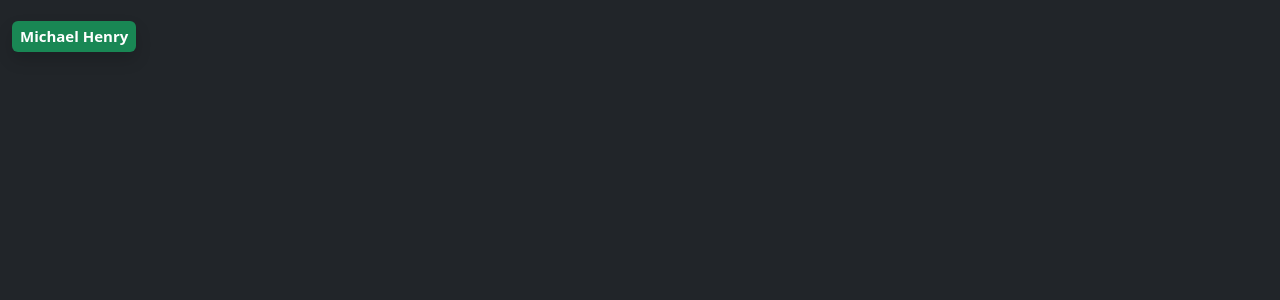
Repository: kenyi-mic/Portfolio_bootstrap
Page: index.html
An editor plug-in stored every save of this project. The page is shown before and after the next save, followed by the edit.
The browser window is 1280 px wide. The pictures show the whole page.

Above is the page before, as saved 2022-11-25 13:16:32.

After the next save:
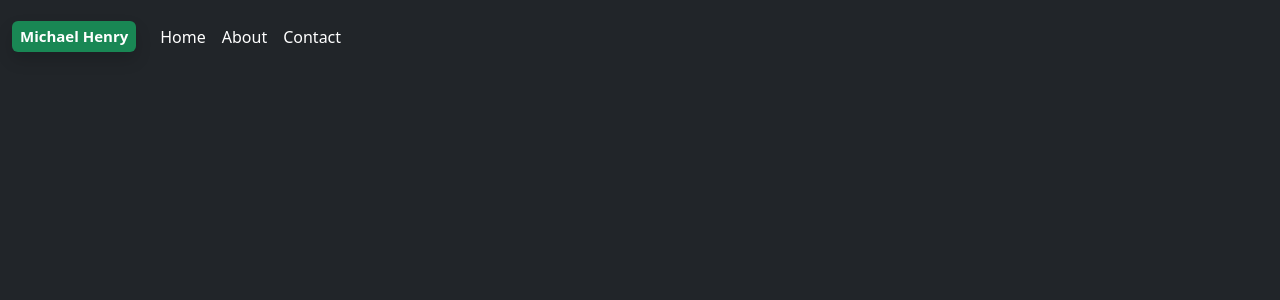
Saved 2 min 6 s later.
--- a/index.html
+++ b/index.html
@@ -23,7 +23,9 @@
                 <span class="navbar-toggler-icon"></span></button>
             <div class="collapse navbar-collapse" id="navbarMain">
                 <ul class="navbar-nav me-auto mb-2 mb-lg-0" style="z-index:10">
-
+                    <li class="nav-item"><a href="" class="nav-link active">Home</a></li>
+                    <li class="nav-item"><a href="" class="nav-link active">About</a></li>
+                    <li class="nav-item"><a href="" class="nav-link active">Contact</a></li>
                 </ul>
             </div>
         </div>
